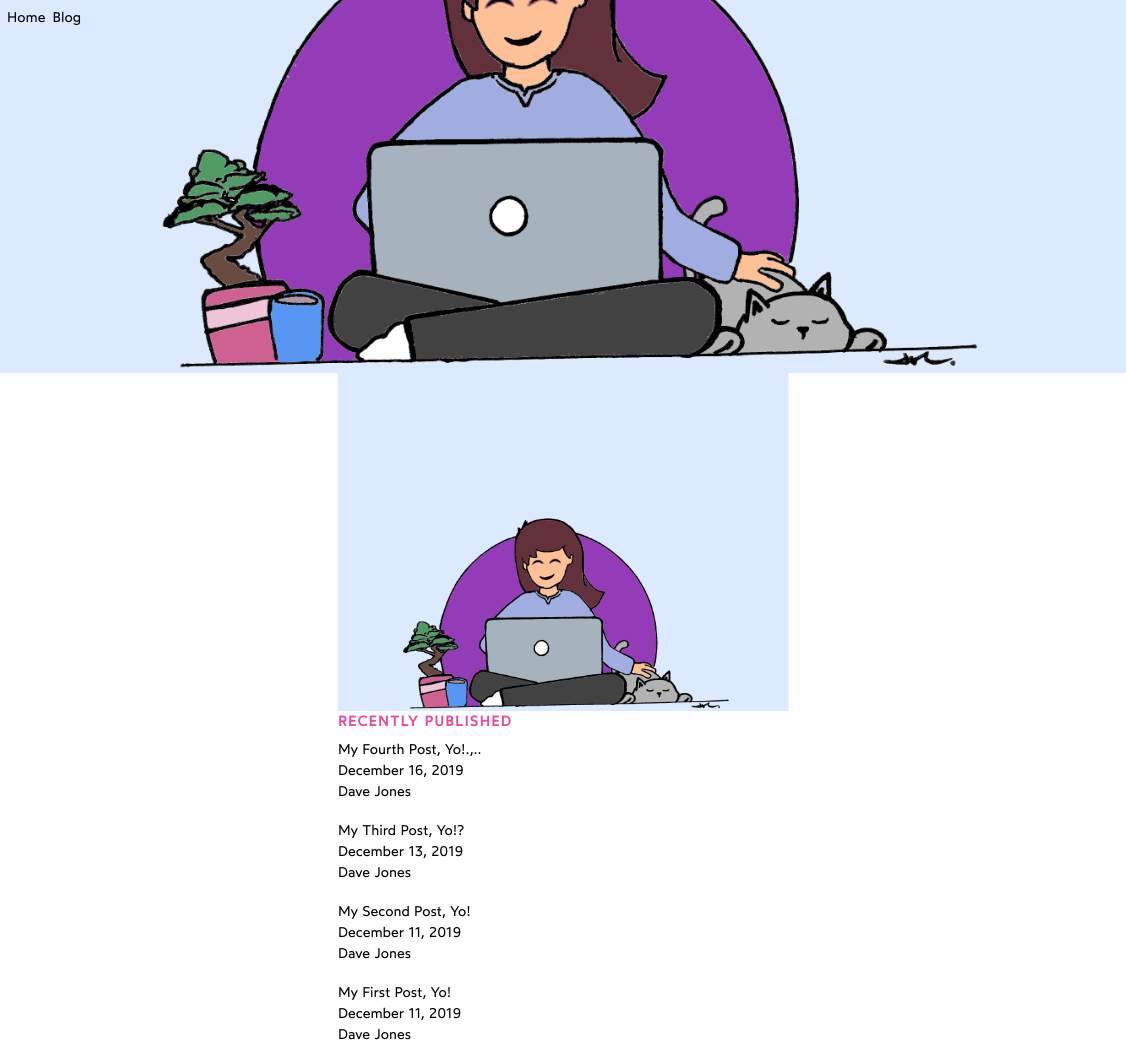
Repository: Risclover/markdown-blog
Page: /
These files come from the project's save history. The page is drawn as it stood at one moment and after a run of saves; the edit follows.
The browser window is 1280 px wide. The pictures show the whole page, at 88% of full size.
The project was rebuilt for these pictures with package versions that can differ from the ones it lists, and the page was loaded fresh each time.

Above is the page before, as saved 2023-06-28 12:07:30.

### src/index.js
import React from "react";
import ReactDOM from "react-dom/client";
import { BrowserRouter as Router } from "react-router-dom";
import "./fonts/wotfard-cufonfonts-webfont/style.css";

import "./index.css";
import App from "./App";

const root = ReactDOM.createRoot(document.getElementById("root"));
root.render(
  <Router>
    <App />
  </Router>
);

### src/fonts/wotfard-cufonfonts-webfont/style.css
/* #### Generated By: http://www.cufonfonts.com #### */

    @font-face {
    font-family: 'Wotfard Regular';
    font-style: normal;
    font-weight: normal;
    src: local('Wotfard Regular'), url('Wotfard-Regular.woff') format('woff');
    }

### src/index.css
*,
*::before,
*::after {
  box-sizing: border-box;
}
* {
  margin: 0;
}
body {
  line-height: 1.5;
  min-height: 100vh;
  -webkit-font-smoothing: antialiased;
}
img,
picture,
video,
canvas,
svg {
  display: block;
  max-width: 100%;
}
input,
button,
textarea,
select {
  font: inherit;
}
p,
h1,
h2,
h3,
h4,
h5,
h6 {
  overflow-wrap: break-word;
}
#root,
#__next {
  isolation: isolate;
}

### src/App.js
import "./App.css";
import { Route, Routes } from "react-router-dom";
import Home from "./pages/Home";
import NavBar from "./components/NavBar";
import Header from "./components/Header";
import HomeHeader from "./components/HomeHeader";

function App() {
  return (
    <div className="bg-white-100 min-h-screen">
      <Header>
        <NavBar />
        <HomeHeader />
      </Header>
      <div className="max-w-screen-lg m-auto">
        <Routes>
          <Route path="/" element={<Home />} />
        </Routes>
      </div>
    </div>
  );
}

export default App;

### src/pages/Home.js
import React, { useEffect } from "react";
import postList from "../posts.json";
import HomeHeader from "../components/HomeHeader";

export default function Home() {
  console.log(postList);

  postList.sort((a, b) => {
    let aPost = a.timestamp;
    let bPost = b.timestamp;

    return bPost - aPost;
  });

  return (
    <div className="container max-w-lg font-sans mx-auto border-black-4">
      <HomeHeader />
      <h2 className="uppercase text-base font-semibold tracking-widest text-pink-500">
        Recently Published
      </h2>
      <div className="grid grid-cols-1 gap-1 grid-flow-row ">
        {postList.map((post) => (
          <div key={post.id} className="container py-2 bg-white">
            <div>{post.title}</div>
            <div>{post.date}</div>
            <div>{post.author}</div>
          </div>
        ))}
      </div>
    </div>
  );
}

### src/components/NavBar.js
import React from "react";

export default function NavBar() {
  return (
    <div className="py-2">
      <ul className="flex">
        <li className="mx-2">Home</li>
        <li>Blog</li>
      </ul>
    </div>
  );
}

### src/components/Header.js
import React from "react";

export default function Header({ children }) {
  return <header className="w-full bg-blue-100">{children}</header>;
}

### src/components/HomeHeader.js
import React from "react";
import Avatar from "../images/avatar.png";
export default function HomeHeader() {
  return (
    <div className="h-96 bg-blue-100 flex flex-col justify-end">
      <div>
        <img className="w-9/12 m-auto border-black-4" src={Avatar} />
      </div>
    </div>
  );
}

### src/posts.json
[{"id":4,"title":"My Third Post, Yo!?","subtitle":"No subtitle given","description":"No description given","author":"Dave Jones","date":"December 13, 2019","timestamp":1576224000,"content":"\nWelcome to My Blog. _It's a beautiful thing._ I hope you'll have as much fun reading my posts as I have writing them. Well, before we go any further, allow me to introduce myself. I'm Dave Jones. I'm 34, and from Montreal, Canada.\n"},{"id":3,"title":"My Second Post, Yo!","subtitle":"No subtitle given","description":"No description given","author":"Dave Jones","date":"December 11, 2019","timestamp":1576051200,"content":"\nWelcome to My Blog. _It's a beautiful thing._ I hope you'll have as much fun reading my posts as I have writing them. Well, before we go any further, allow me to introduce myself. I'm Dave Jones. I'm 34, and from Montreal, Canada.\n"},{"id":2,"title":"My Fourth Post, Yo!.,..","subtitle":"No subtitle given","description":"No description given","author":"Dave Jones","date":"December 16, 2019","timestamp":1576483200,"content":"\nWelcome to My Blog. _It's a beautiful thing._ I hope you'll have as much fun reading my posts as I have writing them. Well, before we go any further, allow me to introduce myself. I'm Dave Jones. I'm 34, and from Montreal, Canada.\n"},{"id":1,"title":"My First Post, Yo!","subtitle":"This is a subtitle.","description":"Happy Pride month! In this tutorial, I'll share a handful of my favourite animation tricks. You'll learn how to build an animated wavy pride flag using CSS keyframes and linear gradients. We'll also see how to make it dynamic using React. 🏳️‍🌈","author":"Dave Jones","date":"December 11, 2019","timestamp":1576051200,"content":"\nWelcome to My Blog. _It's a beautiful thing._ I hope you'll have as much fun reading my posts as I have writing them. Well, before we go any further, allow me to introduce myself. I'm Dave Jones. I'm 34, and from Montreal, Canada.\n"}]

### tailwind.config.js
/** @type {import('tailwindcss').Config} */
module.exports = {
  content: [
    "./app/**/*.{js,ts,jsx,tsx,mdx}",
    "./pages/**/*.{js,ts,jsx,tsx,mdx}",
    "./components/**/*.{js,ts,jsx,tsx,mdx}",

    // Or if using `src` directory:
    "./src/**/*.{js,ts,jsx,tsx,mdx}",
  ],
  theme: {
    fontFamily: {
      sans: ["Wotfard Regular", "sans-serif"],
    },
    extend: {},
  },
  plugins: [],
};

Loaded but not shown: public/index.html (common file); src/App.css (common file)

After the next 3 saves:
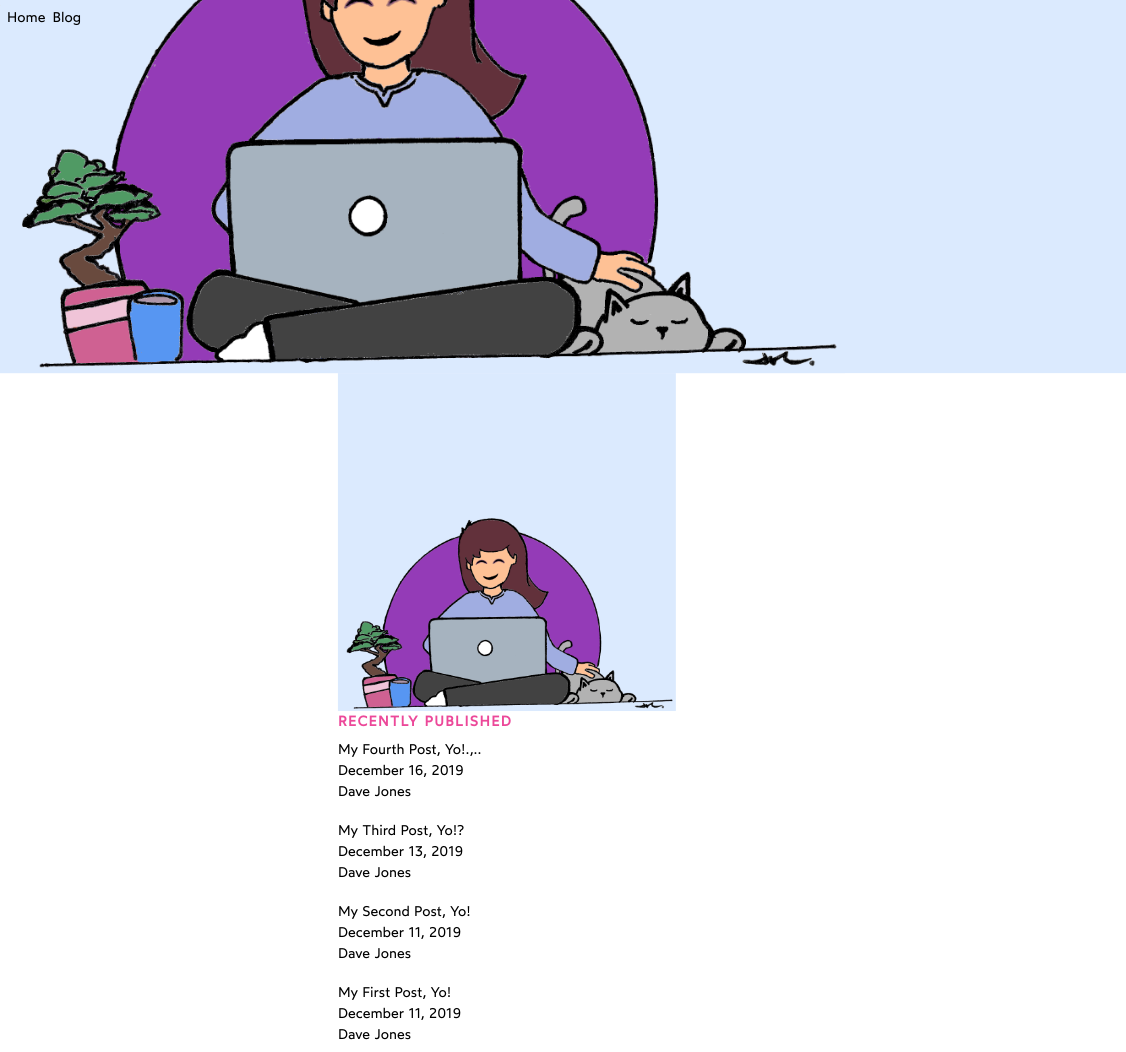
The 3 saves are shown as one change because they came seconds apart.
The last was saved 18 s later.
--- a/src/components/HomeHeader.js
+++ b/src/components/HomeHeader.js
@@ -2,9 +2,9 @@
 import Avatar from "../images/avatar.png";
 export default function HomeHeader() {
   return (
-    <div className="h-96 bg-blue-100 flex flex-col justify-end">
+    <div className="h-96 w-9/12 bg-blue-100 flex flex-col justify-end">
       <div>
-        <img className="w-9/12 m-auto border-black-4" src={Avatar} />
+        <img className="m-auto border-black-4" src={Avatar} />
       </div>
     </div>
   );

After the save that followed:
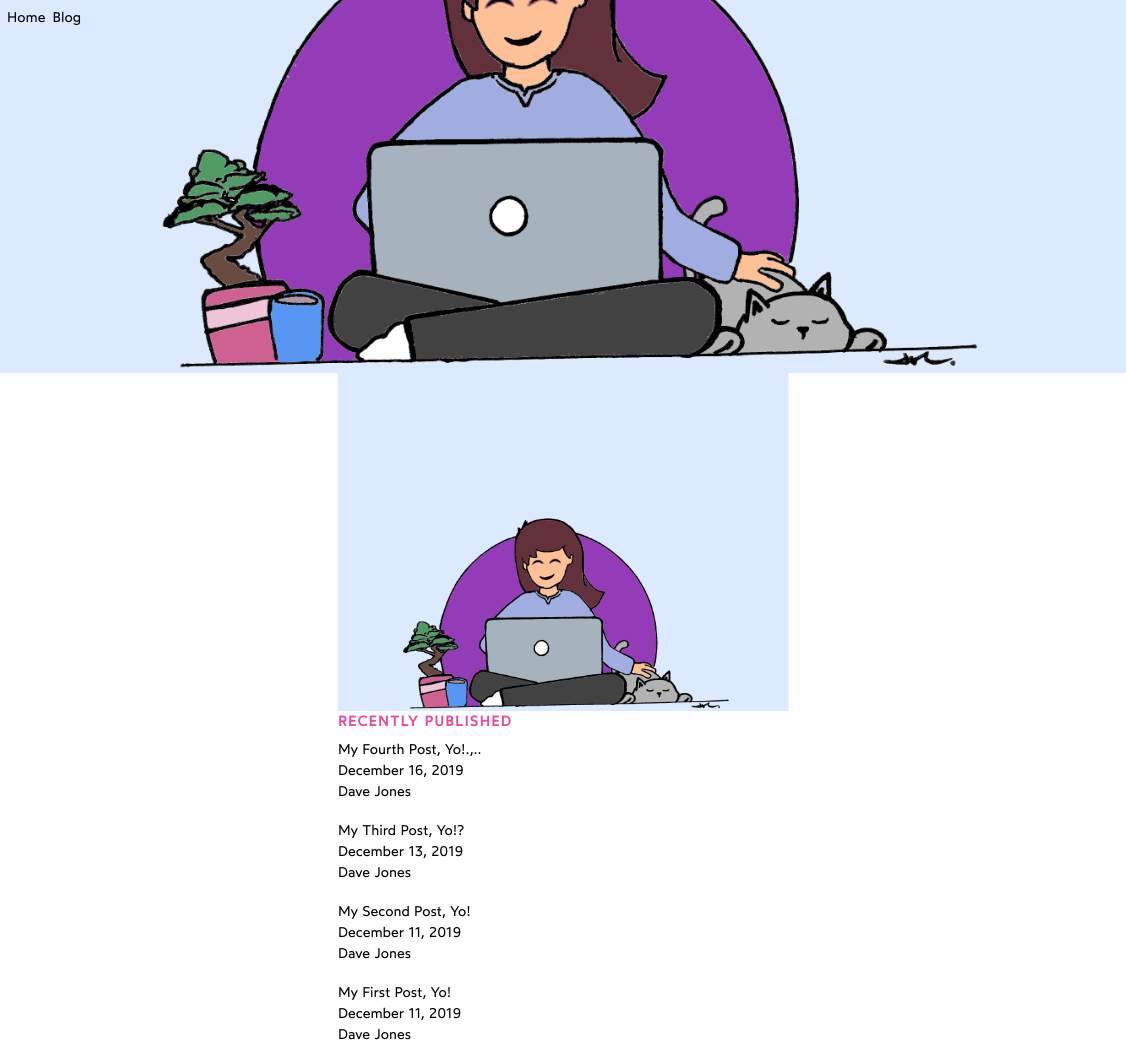
Saved 5 s later.
--- a/src/components/HomeHeader.js
+++ b/src/components/HomeHeader.js
@@ -2,9 +2,9 @@
 import Avatar from "../images/avatar.png";
 export default function HomeHeader() {
   return (
-    <div className="h-96 w-9/12 bg-blue-100 flex flex-col justify-end">
+    <div className="h-96 bg-blue-100 flex flex-col justify-end">
       <div>
-        <img className="m-auto border-black-4" src={Avatar} />
+        <img className="w-9/12 m-auto border-black-4" src={Avatar} />
       </div>
     </div>
   );
